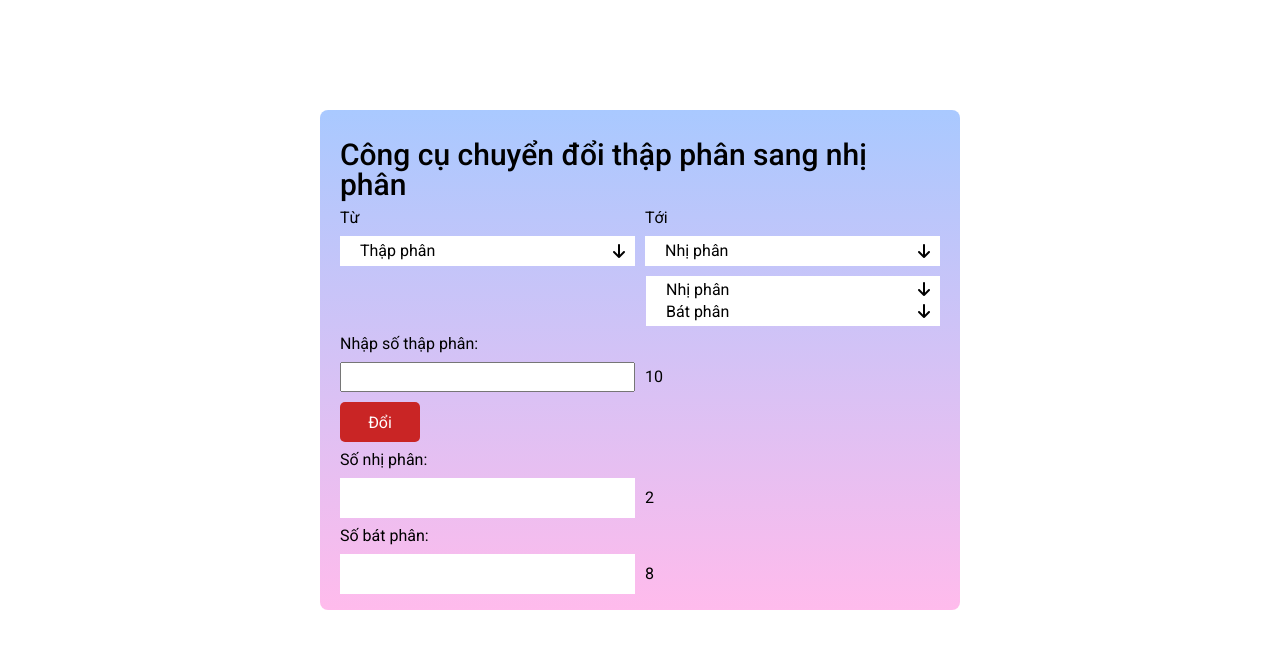
Repository: thuanpham00/covertNumber
Page: index.html
The author's editor kept a copy of each file at every save. The page is drawn from the files as they stood at one save, then again after the next save.
The browser window is 1280 px wide. The pictures show the whole page.
Some web libraries are served in a nearby version. The style sheet was rebuilt from its Sass, Less or Tailwind sources for each picture, by a compiler version that may differ from the author's.

Above is the page before, as saved 2023-11-05 16:48:47.
Console error: TypeError: Cannot read properties of null (reading 'addEventListener')

### index.html
<!DOCTYPE html>
<html lang="en">
    <head>
        <meta charset="UTF-8" />
        <meta name="viewport" content="width=device-width, initial-scale=1.0" />
        <title>Convert Number</title>
        <link rel="stylesheet" href="./assets/css/main.css" />
        <link rel="preconnect" href="https://fonts.googleapis.com" />
        <link rel="preconnect" href="https://fonts.gstatic.com" crossorigin />
        <link
            href="https://fonts.googleapis.com/css2?family=Roboto:wght@400;500;700;900&display=swap"
            rel="stylesheet"
        />
        <script src="https://kit.fontawesome.com/3115b3f4f1.js"></script>
    </head>
    <body>
        <div class="container">
            <h1 class="title">Công cụ chuyển đổi thập phân sang nhị phân</h1>
            <div class="row">
                <span class="row__desc">Từ</span>
                <span class="row__desc">Tới</span>
            </div>
            <div class="row">
                <div class="row__type">
                    <div class="row__item">Thập phân</div>
                    <div class="row__icon">
                        <i class="fa-solid fa-arrow-down"></i>
                    </div>
                </div>

                <div class="row__type">
                    <div class="row__item">Nhị phân</div>
                    <div class="row__icon">
                        <i class="fa-solid fa-arrow-down"></i>
                    </div>
                </div>
            </div>
            <div class="list">
                <div class="list__item">
                    <div class="row__item">Nhị phân</div>
                    <div class="row__icon">
                        <i class="fa-solid fa-arrow-down"></i>
                    </div>
                </div>
                <div class="list__item">
                    <div class="row__item">Bát phân</div>
                    <div class="row__icon">
                        <i class="fa-solid fa-arrow-down"></i>
                    </div>
                </div>
            </div>
            <div class="container__wrapper">
                <div class="desc">Nhập số thập phân:</div>
                <form class="form" autocomplete="off">
                    <div class="row">
                        <input
                            type="text"
                            class="form__input"
                            name="numberInput"
                            required
                        />
                        <span>10</span>
                    </div>
                    <input type="submit" class="form__submit" value="Đổi" />
                </form>

                <div class="desc">Số nhị phân:</div>
                <div class="row">
                    <div class="result">
                        <span class="result__inner"></span>
                    </div>
                    <span>2</span>
                </div>
                <div class="desc">Số bát phân:</div>
                <div class="row">
                    <div class="result">
                        <span class="result__inner inner-2"></span>
                    </div>
                    <span>8</span>
                </div>
            </div>
        </div>

        <script src="./main.js"></script>
    </body>
</html>

### main.js
// // phần nguyên: integerPart
// // phần thập phân: decimalPart
window.addEventListener("load", function () {
    function convertDecimalToBinary(number) {
        let binary = [];
        let integerPart = Math.floor(number); // làm tròn xuống
        let decimalPart = number - integerPart;

        while (integerPart > 0) {
            let number1 = integerPart % 2;
            binary.unshift(number1);
            integerPart = Math.floor(integerPart / 2);
        }
        if (decimalPart > 0) {
            binary.push(".");

            let min = 0;
            let max = 16;
            while (decimalPart > 0 && min < max) {
                decimalPart = decimalPart * 2;
                let digit = Math.floor(decimalPart);
                binary.push(digit);
                decimalPart = decimalPart - digit;
                min++;
            }
        }
        return binary.join(""); // 8.625 (10) -> 1000.101 (2)
    }

    function convertDecimalToOctal(number) {
        let binary = [];
        let integerPart = Math.floor(number); // làm tròn xuống
        let decimalPart = number - integerPart;

        while (integerPart > 0) {
            let number1 = integerPart % 8;
            binary.unshift(number1);
            integerPart = Math.floor(integerPart / 8);
        }
        if (decimalPart > 0) {
            binary.push(".");

            let min = 0;
            let max = 16;
            while (decimalPart > 0 && min < max) {
                decimalPart = decimalPart * 8;
                let digit = Math.floor(decimalPart);
                binary.push(digit);
                decimalPart = decimalPart - digit;
                min++;
            }
        }
        return binary.join(""); // 11.25 (10) -> 13.2 (8)
    }
    const result = document.querySelector(".result__inner");
    const result2 = document.querySelector(".result__inner.inner-2");
    const form = document.querySelector(".form");
    form.addEventListener("submit", function (e) {
        e.preventDefault();
        const input = parseFloat(this.elements["numberInput"].value);
        result.textContent = convertDecimalToBinary(input);
        result2.textContent = convertDecimalToOctal(input);
    });

    const listType = document.querySelector(".row__list")
    listType.addEventListener("click", function(e) {
        const typeItem = e.target.querySelector(".row__type.type-2")
        typeItem.classList.add("type")
    })
});

### scss/main.scss
html,
body,
div,
span,
applet,
object,
iframe,
h1,
h2,
h3,
h4,
h5,
h6,
p,
blockquote,
pre,
a,
abbr,
acronym,
address,
big,
cite,
code,
del,
dfn,
em,
img,
ins,
kbd,
q,
s,
samp,
small,
strike,
strong,
sub,
sup,
tt,
var,
b,
u,
i,
center,
dl,
dt,
dd,
ol,
ul,
li,
fieldset,
form,
label,
legend,
table,
caption,
tbody,
tfoot,
thead,
tr,
th,
td,
article,
aside,
canvas,
details,
embed,
figure,
figcaption,
footer,
header,
hgroup,
menu,
nav,
output,
ruby,
section,
summary,
time,
mark,
audio,
video {
    margin: 0;
    padding: 0;
    border: 0;
    font-size: 100%;
    font: inherit;
    vertical-align: baseline;
}
/* HTML5 display-role reset for older browsers */
article,
aside,
details,
figcaption,
figure,
footer,
header,
hgroup,
menu,
nav,
section {
    display: block;
}
body {
    line-height: 1;
}
ol,
ul {
    list-style: none;
}
blockquote,
q {
    quotes: none;
}
blockquote:before,
blockquote:after,
q:before,
q:after {
    content: "";
    content: none;
}
table {
    border-collapse: collapse;
    border-spacing: 0;
}

*,
::after,
::before {
    box-sizing: border-box;
}

html {
    font-size: 62.5%;
}

body {
    background: #fff;
    font-size: 1.6rem;
    font-family: "Roboto", sans-serif;
}

input,
select,
textarea,
button {
    font-size: inherit;
    font-family: inherit;
}

.container {
    background-color: #a9c9ff;
    background-image: linear-gradient(180deg, #a9c9ff 0%, #ffbbec 100%);

    border-radius: 8px;
    padding: 10px 20px;
    height: 500px;
    position: absolute;
    top: 50%;
    left: 50%;
    transform: translate(-50%, -50%);

    .title {
        margin-top: 20px;
        font-size: 3rem;
        font-weight: 500;
    }

    .row {
        margin-top: 10px;
        display: grid;
        align-items: center;
        grid-template-columns: 1fr 1fr;
        column-gap: 10px;

        .row__type {
            display: flex;
            align-items: center;
            justify-content: space-between;
            padding-left: 20px;
            padding-right: 10px;
            height: 30px;
            width: 100%;
            background: #fff;

            pointer-events: none;

            > i {
                font-size: 0.6rem;
            }
        }

        .result {
            width: 100%;
            height: 40px;
            background: #fff;
            display: flex;
            align-items: center;
            padding-left: 20px;
        }
    }

    .desc {
        margin-top: 10px;
    }

    .form__input {
        height: 30px;
        padding: 5px 0px 5px 20px;
        outline: none;
    }

    .form__submit {
        margin-top: 10px;
        width: 80px;
        height: 40px;
        border-radius: 5px;
        background: #c92525;
        color: #fff;
        outline: none;
        border: none;
    }
}

.list {
    margin-left: auto;
    margin-top: 10px;
    padding-top: 5px;
    height: 50px;
    width: 49%;
    background: #fff;

    .list__item {
        margin-bottom: 5px;
        display: flex;
        align-items: center;
        justify-content: space-between;
        padding-left: 20px;
        padding-right: 10px;

        &:hover {
            background: rgba(0, 0, 0, 0.5);
        }
    }
}

After the next save:
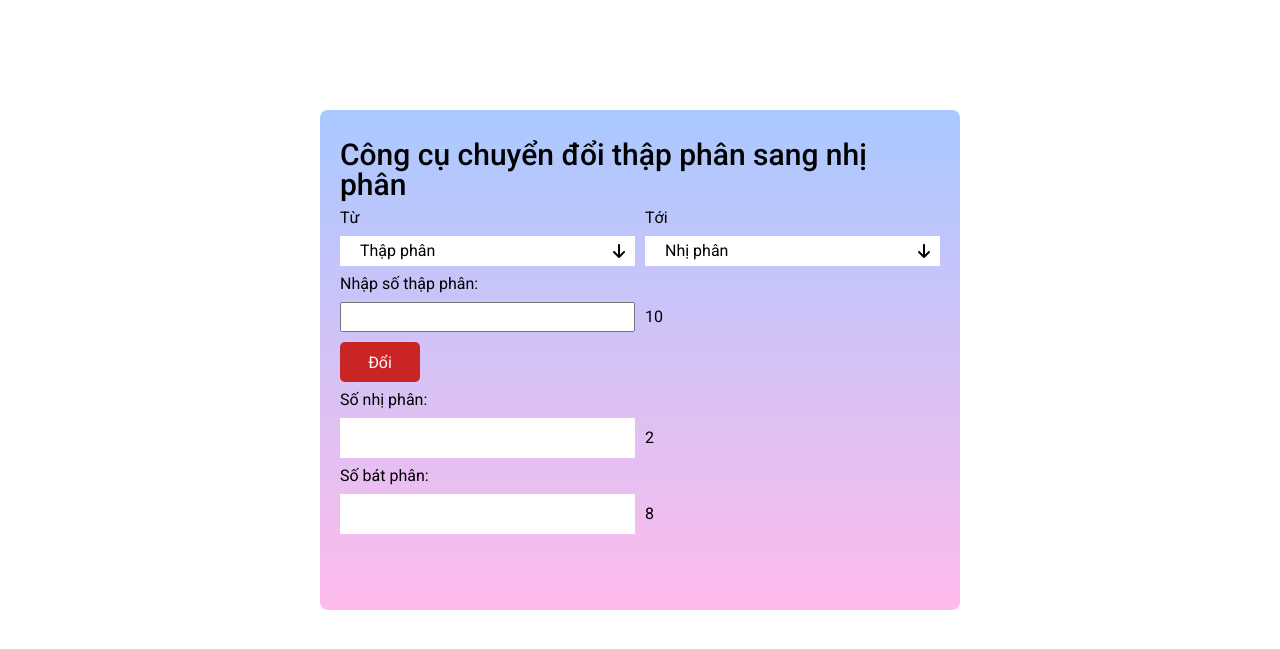
Saved 28 s later.
--- a/scss/main.scss
+++ b/scss/main.scss
@@ -222,6 +222,7 @@ button {
 }
 
 .list {
+    display: none;
     margin-left: auto;
     margin-top: 10px;
     padding-top: 5px;
